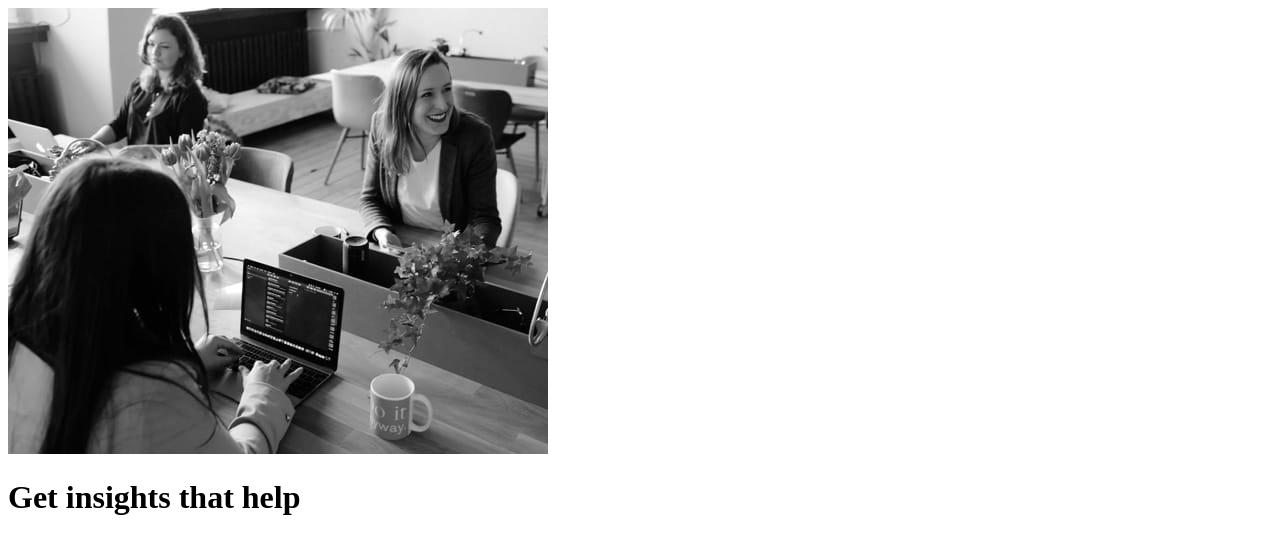
Repository: Pawan-pediredla/frontend-mentors
Page: stats-preview-card-component-main/markup/index.html
An editor plug-in stored every save of this project. The page is shown before and after a run of saves, followed by the edit.
The browser window is 1280 px wide. The pictures show the whole page.

Above is the page before, as saved 2024-06-25 12:20:09.

After the next 2 saves:
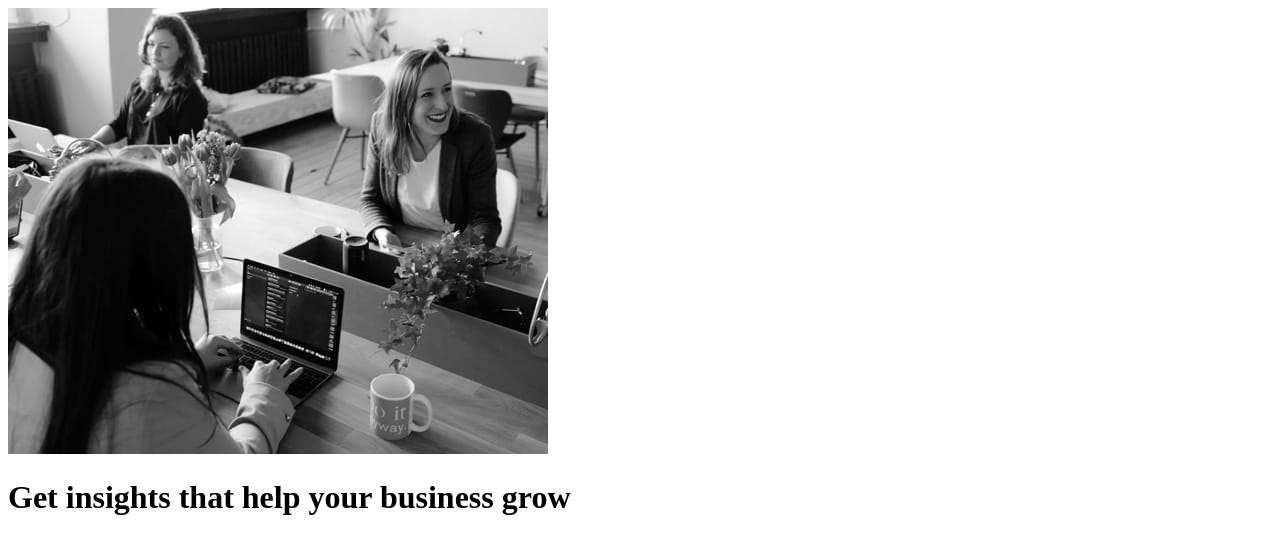
The 2 saves are shown as one change because they came seconds apart.
The last was saved 9 s later.
--- a/stats-preview-card-component-main/markup/index.html
+++ b/stats-preview-card-component-main/markup/index.html
@@ -30,7 +30,7 @@
                 Get <span class="purple">
                     insights
                 </span>
-                that help
+                that help your business grow
             </h1>
         </div>
     </div>
